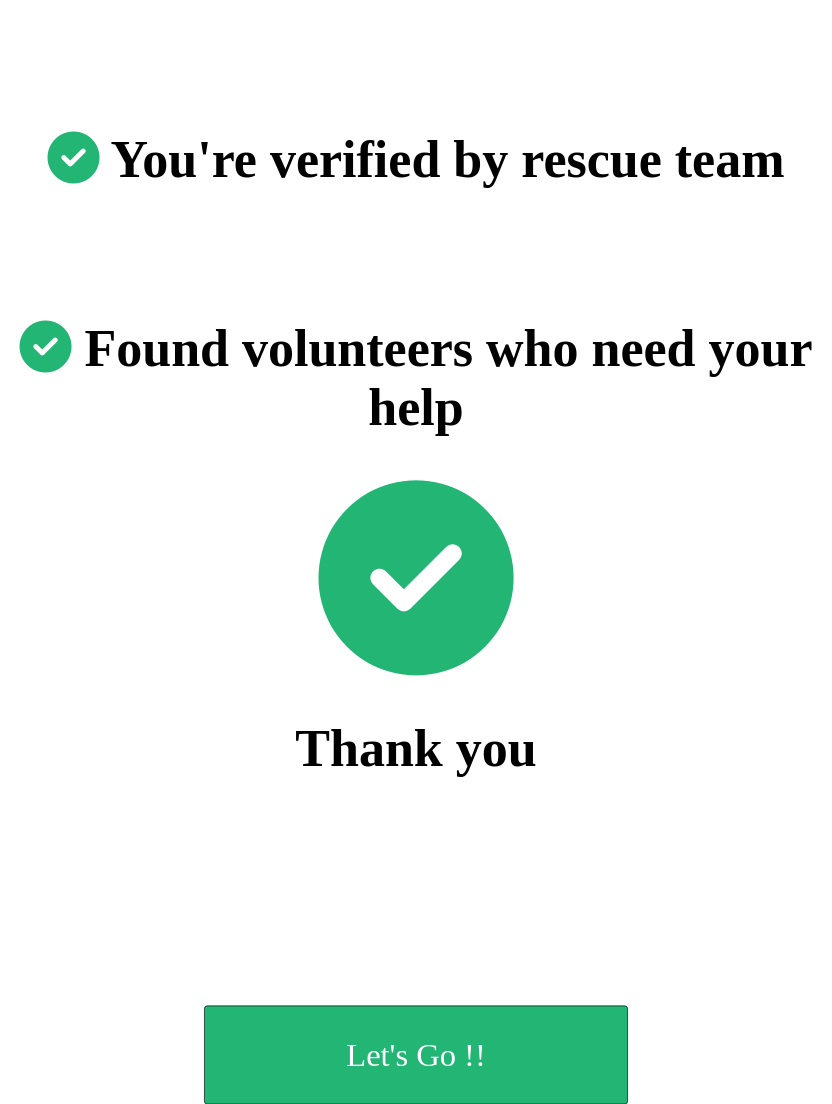
Repository: KittichoteKamalapirat/EMS-management-system
Page: approve.html
The author's editor kept a record of every edit. The page is drawn from the files as they stood at one moment, then again after the next edit.
The browser window is 1280 px wide. The pictures show the whole page, at 65% of full size.
Some web libraries are served in a nearby version.

Above is the page before.

### approve.html
<!DOCTYPE>
<html>
<head>
   <meta charset = "utf-8">
   <link rel = "stylesheet" href="/css/index.css" type="text/css" />
   <script src="https://use.fontawesome.com/804afe4c6e.js"></script>
</head>
<body>
    <div class = "finished">
        <h2 class = "can"><i class="fa fa-check-circle fa " ></i> You're verified by rescue team</h2>
        <h2 class = "can"><i class="fa fa-check-circle fa " ></i> Found volunteers who need your help</h2>
        <div class = "thanks">
            <i class="fa fa-check-circle fa-3x " ></i>
        </div>
        <h2 >Thank you</h2>
    </div>

    <a class = "go" href="/map">Let's Go !!</a>
</body>
</html>

### public/css/index.css
body {
  background:white;
}

  /* Always set the map height explicitly to define the size of the div
       * element that contains the map. */
      #map {
        height: 100%;
      }
      /* Optional: Makes the sample page fill the window. */
      html, body {
        height: 100%;
        margin: 0;
        padding: 0;
      }


/*modal box*/

.head-tag{
  margin-top: 40px;
}
.bg-modal {
  width:100%;
  height: 100%;
  background-color: rgba(0, 0, 0, 0.8);
  position: absolute;
  top: 0;
  display: none;
  justify-content: center;
  align-items: center; }


.bg-modal .close {
  position: absolute;
  font-size: 3rem;
　right: 1rem;
  top: 0, 5rem;
  transform: rotate(45deg);
  cursor: pointer; }


.box{
  display: grid¥;
  justify-content: center;
  margin: 0 auto;
  padding: 5rem;
  width: 50%;
  background-color: white;
  position: relative;
 }

 /*html1について*/
.header {
  height: 100px;
  width:100%;

}
.splet-boxes {
  margin-top: 40px;
}

.left-box {
  margin-left:5%;
  font-size: 80px;
  float: left;
  width:40%;
  text-align: center;
  cursor: pointer;
  line-height: 300px;
  border-radius: 4px;
  border: 2px solid black;
}
p {
  font-weight: bold;

}

.right-box {
  margin-right:5%;
  font-size: 80px;
  float: right;
  width:40%;
  text-align: center;
  line-height: 300px;
  cursor: pointer;
  border-radius: 4px;
  border: 2px solid black;
}
.left-box:hover {
  background: #FF0000;
  opacity: 0.7;

}
.right-box:hover {
  background: #66FF99;
  opacity: 0.7;
}


/*html２について*/
.select-skill {
  font-size: 100px;
  text-align: center;
  font-weight: bold;
  margin-top: 100px;
}
li > input {
  position:relative;
   width: 50px;
   height:50px;
  float: left;
  margin: 50px 40px 0 20px;
  transform:scale(1.5);
}

.scrollWrap {
  width: 100%;
  margin: 0px auto;
  overflow: auto;
}
.scrollContent ul {
  margin-top: 50px;
  list-style: none;
  background: white;
  padding: 0;
  position: relative;
}
.scrollContent ul li {
  margin-bottom: 30px;
  font-size: 30px;
  height: 150px;
  line-height: 150px;
  border:1px solid black;
  border-left: solid 6px #2d8fdd;
  position: relative;
}
.selected {
  background: rgb(34,181,115,0.7);
}
/*スクロールバーの幅*/
::-webkit-scrollbar {
    width: 6px;
}
/*スクロールバーのレール*/
::-webkit-scrollbar-track {
  border-radius: 30px;
  background: #eee;
}
/*スクロールバーのつまみ*/
::-webkit-scrollbar-thumb {
  border-radius: 30px;
  background: #81D4FA;
}

a {
  text-decoration: none;
}

#decide {
  margin:100px auto 100px;
  font-size: 60px;
  width: 600px;
  padding: 20px 60px 30px 60px;
  text-align: center;
  display: block;
  color: white;
  background: rgb(34,181,115);
　font-size: 70px;
　border-radius: 20px;
　text-align: center;
　line-height: 100px;
}


/*html3について*/


h1 {
  text-align: center;
  font-size: 100px;
}


h2 {
  text-align: center;
  font-size: 80px;
}


h3 {
  text-align: center;
  font-size: 50px;
}


.loading {
  margin-top: 300px;
}

.icon {
  margin: 0 auto;
  width: 100%;
  text-align: center;
  font-size: 100px;
  transition: .4s;
}
.wait {
  margin-top: 200px;
}
.thanks {
  margin: 0 auto;
  width: 100%;
  text-align: center;
  font-size: 100px;
}

.container{
    margin: 0 auto;
    text-align:center;
}
.can {
  margin-top: 200px;
}
.can1 {
  margin-top: 200px;
}

#loading{
    margin: 0 auto;
    display: block;
    width: 400px;
}
.fa-check-circle:before {
  color: rgb(34,181,115);
}

.go {
  margin:350px auto 100px;
  text-decoration: none;
  text-align: center;
  font-size: 50px;
  border:1px solid black;
  border-radius: 5px;
  display: block;
  color:white;
  background: rgb(34,181,115);
  width:650px;
  height: 150px;
  line-height: 150px;
}


/*direction button for map page*/

#map{
  position: fixed;
  z-index:0;
}
.direction-button{
  font-size: 20px;
  position: relative;
  color: white;
  bottom: 60px;
  left: 20px;
  z-index:10;
  padding: 10px 20px;
  border-radius: 5px;
  background-color: rgb(0,113,188);
  box-shadow: 5px 5px 5px rgba(0, 0, 0, .5);
}

.people{
  height: 300px;
  margin-bottom: 100px;
}

After the next edit:
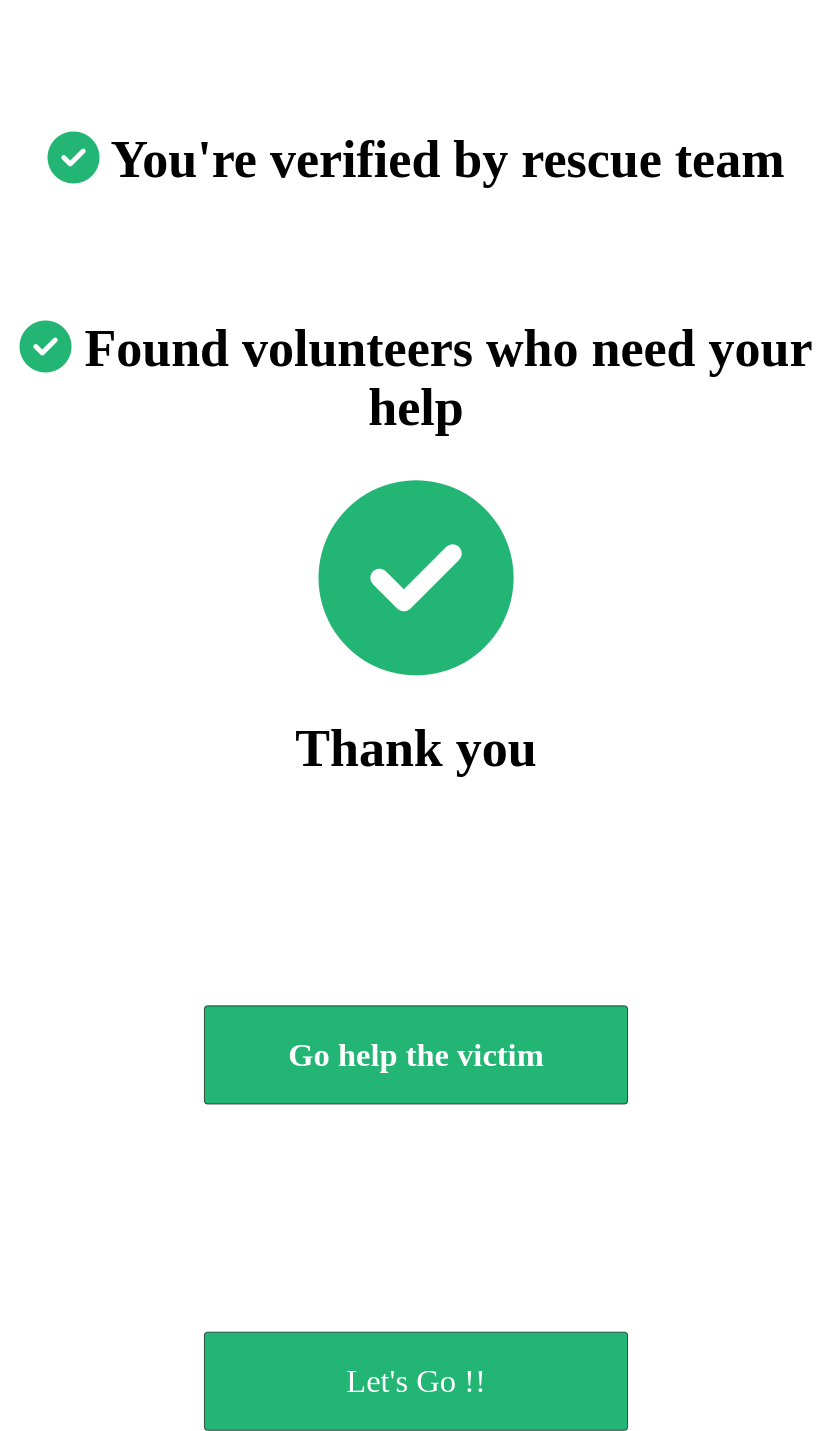
The edit:
--- a/approve.html
+++ b/approve.html
@@ -13,6 +13,7 @@
             <i class="fa fa-check-circle fa-3x " ></i>
         </div>
         <h2 >Thank you</h2>
+        <h3 class="go">Go help the victim </h3>
     </div>
 
     <a class = "go" href="/map">Let's Go !!</a>
